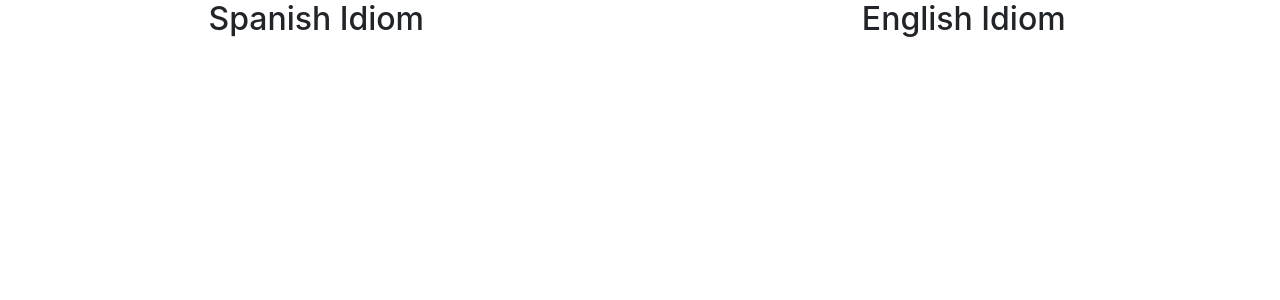
Repository: JK27/idioms-english-spanish
Page: http://localhost/
The author's editor kept a record of every edit. The page is drawn from the files as they stood at one moment, then again after the next edit.
The browser window is 1280 px wide. The pictures show the whole page.
The page is served by the project's application, run on Flask 3 (idioms.py). Queries for data that is not in the repository find no rows.

Above is the page before.
Console error: TypeError: Cannot read properties of undefined (reading 'fn')

### templates/idioms.html
{% extends "base.html" %} {% block content %}

<div class="row">
    <div class="col-5">
        <h2>Spanish Idiom</h2>
    </div>
    <div class="col-2"></div>
    <div class="col-5">
        <h2>English Idiom</h2>
    </div>
</div>
{% for idiom in idioms %}

<div class="row">
    <div class="card col-5">
        <div class="card-body">
            <h5 class="card-title">"{{idiom.spanish_idiom}}"</h5>
            <p class="card-text"> {{idiom.english_literal}}</p>
            <p class="card-text">{{idiom.english_meaning}}</p>
        </div>
    </div>
    <div class="card middle-column col-2">
        <h5 class="card-title">Equivalent Idiom</h5>
        <p class="card-text">Literal translation</p>
        <p class="card-text">Meaning</p>
    </div>

    <div class="card col-5">
        <div class="card-body">
            <h5 class="card-title">"{{idiom.english_idiom}}"</h5>
            <p class="card-text">{{idiom.spanish_literal}}</p>
            <p class="card-text">{{idiom.spanish_meaning}}</p>
        </div>
    </div>

</div>

{% endfor %} {% endblock %}

### templates/base.html
<!DOCTYPE html>
<html lang="en">

<head>
    <meta charset="UTF-8">
    <meta name="viewport" content="width=device-width, initial-scale=1.0">
    <meta http-equiv="X-UA-Compatible" content="ie=edge">

    <link href="https://stackpath.bootstrapcdn.com/bootstrap/4.3.1/css/bootstrap.min.css" rel="stylesheet" integrity="sha384-ggOyR0iXCbMQv3Xipma34MD+dH/1fQ784/j6cY/iJTQUOhcWr7x9JvoRxT2MZw1T" crossorigin="anonymous">
    <link rel="stylesheet" href="{{url_for('static', filename='css/style.css')}}" type="text/css" />


    <script src="https://stackpath.bootstrapcdn.com/bootstrap/4.3.1/js/bootstrap.min.js" integrity="sha384-JjSmVgyd0p3pXB1rRibZUAYoIIy6OrQ6VrjIEaFf/nJGzIxFDsf4x0xIM+B07jRM" crossorigin="anonymous"></script>


    <title>Idioms English - Spanish</title>
</head>

<body>
    <div class="container">

        <!--<div class="card-deck">-->
          {% block content %}  {% endblock %}
        <!--</div>-->

    </div>
</body>

</html>

### idioms.py
import os
from flask import Flask, render_template, redirect, request, url_for
from flask_pymongo import PyMongo
from bson.objectid import ObjectId

app = Flask(__name__)

app.config["MONGO_DBNAME"] = "idioms-and-proverbs"
app.config["MONGO_URI"] = "mongodb+srv://jk27:07diciembre18@cluster0-9pga0.mongodb.net/idioms-and-proverbs?retryWrites=true&w=majority"

mongo = PyMongo(app)

@app.route("/")
@app.route("/get_idioms")
def get_idioms():
    return render_template("idioms.html", idioms=mongo.db.idioms.find())

if __name__ == "__main__":
    app.run(host=os.environ.get("IP"),
            port=int(os.environ.get("PORT")),
            debug=True)

### static/css/style.css
h2 {
    text-align: center;
}

.row {
    margin-right: 0px;
    margin-left: 0px;
}

.middle-column {
    border: 0;
    padding-top: 20px;
    text-align: center;
}

.card {
    margin-bottom: 15px;
}

After the next edit:
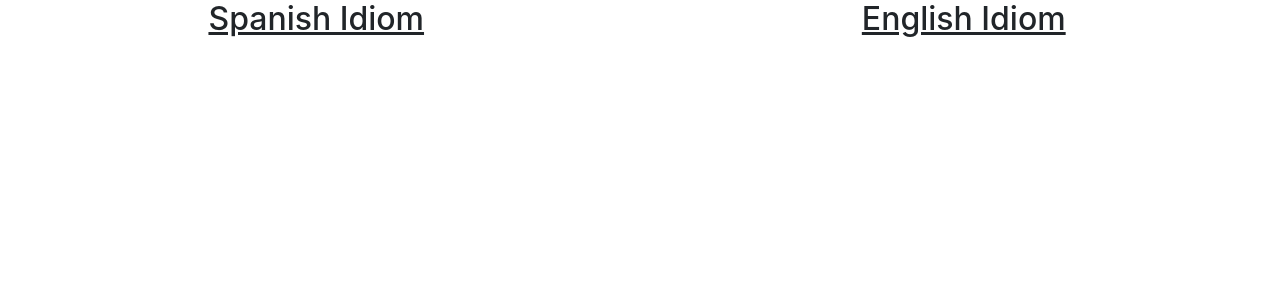
The edit:
--- a/static/css/style.css
+++ b/static/css/style.css
@@ -1,5 +1,6 @@
 h2 {
     text-align: center;
+    text-decoration: underline;
 }
 
 .row {
